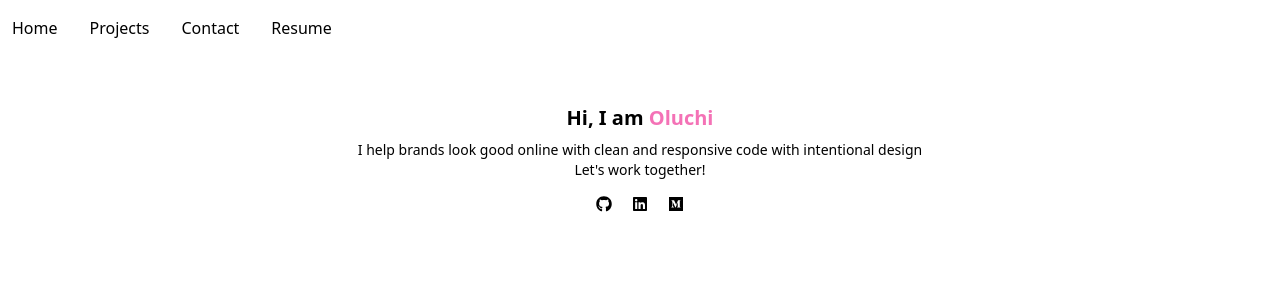
Repository: ooluchi/portfolio_
Page: / (app in my-react-app/)
The author's editor kept a copy of each file at every save. The page is drawn from the files as they stood at one save, then again after the next save.
The browser window is 1280 px wide. The pictures show the whole page.
The project was rebuilt for these pictures with package versions that can differ from the ones it lists, and the page was loaded fresh each time. Also part of the build but not shown: my-react-app/vite.config.ts.

Above is the page before, as saved 2025-11-20 12:29:40.

### my-react-app/src/index.css
@import url("https://fonts.googleapis.com/css2?family=Kumbh+Sans:wght@100;200;300;400;500;600;700;800;900&display=swap");

@tailwind base;
@tailwind components;
@tailwind utilities;

* {
    margin: 0;
    padding: 0;
    box-sizing: border-box;
  }

  body {
  overflow-x: hidden;
}

### my-react-app/src/App.tsx


import './index.css'
import Home from './components/Home'
import NavBar from './components/NavBar'

export default function App() {

  return (
    <div className='dark'>
    <NavBar />
    <Home />
    </div>
  )
}

### my-react-app/src/components/Home.tsx
import { FaGithub, FaLinkedin, FaMedium } from "react-icons/fa";

import "../index.css";


export default function Home() {
  return (
    <div>

      <div className="text-center ">
        <h1 className="font-semibold mt-12 text-xl">Hi, I am <span className="text-pink-400">Oluchi</span></h1>
        <div className="mt-2 text-sm">
          <p>I help brands look good online with clean and responsive code with intentional design </p>
          <p>Let's work together!</p>
        </div>

      </div>
      <div className="flex justify-center gap-5 mt-4">
        <a
          href="https://github.com/ooluchi"
          target="_blank"
          rel="noreferrer"
          aria-label="GitHub"
        >
          <FaGithub/>
        </a>
        <a
          href="https://github.com/ooluchi"
          target="_blank"
          rel="noreferrer"
          aria-label="LinkedIn"
        >
        <FaLinkedin />
        </a>

        <a
          href="https://medium.com/@ooluchiokoro"
          target="_blank"
          rel="noreferrer"
          aria-label="Medium"
        >
          <FaMedium />
        </a>

      </div>
    </div>
  )
}

### my-react-app/src/components/NavBar.tsx

import "../index.css";





export default function NavBar() {

  // const [isOpen, setIsOpen] = useState(false);

  return (
    <nav className="text-center">
      <div className="text-center py-4 ">
        <div className="">
          <div className="">

          </div>
          <div className="">
            <ul className={`flex flex-row ml-30 gap-8 ml-3`}>
              <li className=""><a href="#">Home</a></li>
              <li className=""><a href="#">Projects</a></li>
              <li className=""><a href="#">Contact</a></li>
              <li className=""><a href="#">Resume</a></li>
            </ul>
          </div>

        </div>


      </div>

    </nav>
  )
}

Loaded but not shown: my-react-app/index.html (common file); my-react-app/src/main.tsx (common file); my-react-app/tailwind.config.js (common file)

After the next save:
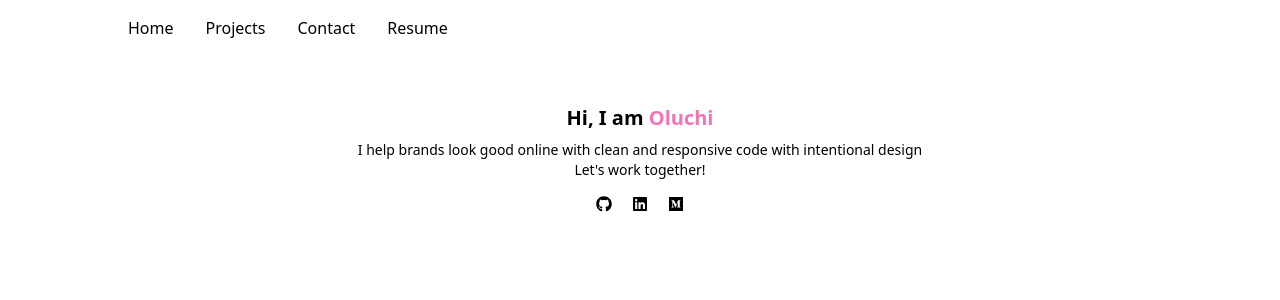
Saved 7 s later.
--- a/my-react-app/src/components/NavBar.tsx
+++ b/my-react-app/src/components/NavBar.tsx
@@ -17,7 +17,7 @@ export default function NavBar() {
 
           </div>
           <div className="">
-            <ul className={`flex flex-row ml-30 gap-8 ml-3`}>
+            <ul className={`flex flex-row ml-32 gap-8 ml-3`}>
               <li className=""><a href="#">Home</a></li>
               <li className=""><a href="#">Projects</a></li>
               <li className=""><a href="#">Contact</a></li>
